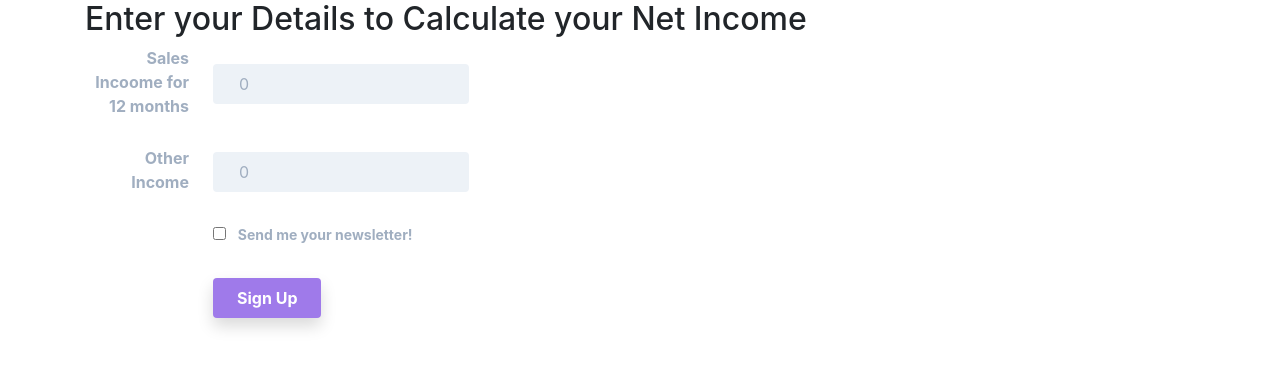
Repository: latenightsnacc/Financial-Forecast
Page: financial-forecast.html
These files come from the project's save history. The page is drawn as it stood at one moment and after the next save; the edit follows.
The browser window is 1280 px wide. The pictures show the whole page.

Above is the page before, as saved 2020-11-15 11:12:31.

### financial-forecast.html
<!DOCTYPE html>
<html lang="en">
<head>
    <meta charset="UTF-8">
    <meta name="viewport" content="width=device-width, initial-scale=1.0">
    <!--Tailwind CDN-->
    <link rel="stylesheet" href="https://cdnjs.cloudflare.com/ajax/libs/tailwindcss/1.9.6/base.min.css" integrity="sha512-hEjkvMSM0ql6VJcNK0gTmjt9ar8F2yHeBUbJKtyvQhkkbGMhiJ4+MaiB8XxsthLAHJx5vy2I9dN0un8HiWG2LA==" crossorigin="anonymous" />
    <link rel="stylesheet" href="https://cdnjs.cloudflare.com/ajax/libs/tailwindcss/1.9.6/components.min.css" integrity="sha512-TizAONqhvXjEfRPhptSUkZNVU497PzAnXNGNUoeOjeni4dHpJ+ak+ZsyoGna20LH/yg1PvdufN1VbnVQeVDftg==" crossorigin="anonymous" />
    <link rel="stylesheet" href="https://cdnjs.cloudflare.com/ajax/libs/tailwindcss/1.9.6/tailwind.css" integrity="sha512-HY1FOTeAX9idUBWDhVDrBg8QUHBisKVQ4BCVj1jFo5z76mk87w4Rr5YGP8nBkcGmoMzqYvdeXHMOg/olF45z3g==" crossorigin="anonymous" />
    <link rel="stylesheet" href="https://cdnjs.cloudflare.com/ajax/libs/tailwindcss/1.9.6/utilities.min.css" integrity="sha512-0QJfuLKyYJWGB5hKArJW67xqMLDlR8YaLM/ZuW2mRn4NRwHNsGm7UuREc5Fu7jONHyewPKnGODY0N8G+FQbfxg==" crossorigin="anonymous" />
    <!--Bootstrap CDN-->
    <link rel="stylesheet" href="https://cdn.jsdelivr.net/npm/bootstrap@4.5.3/dist/css/bootstrap.min.css" integrity="sha384-TX8t27EcRE3e/ihU7zmQxVncDAy5uIKz4rEkgIXeMed4M0jlfIDPvg6uqKI2xXr2" crossorigin="anonymous">
    <title>Financial Forecast |Resaads Consults - Think Millenial</title>
</head>
<body>
    <div class="container">
        <!--Navigation-->
    </div>
    <div class="wrapper">
        <div class="container">
            <h2 class="title">Enter your Details to Calculate your Net Income</h2>
        </div>
        <div class="container">
            <form class="w-full max-w-sm">
                <div class="md:flex md:items-center mb-6">
                  <div class="md:w-1/3">
                    <label class="block text-gray-500 font-bold md:text-right mb-1 md:mb-0 pr-4" for="inline-full-name" value="Jane Doe">
                      Sales Incoome for 12 months
                    </label>
                  </div>
                  <div class="md:w-2/3">
                    <input class="bg-gray-200 appearance-none border-2 border-gray-200 rounded w-full py-2 px-4 text-gray-700 leading-tight focus:outline-none focus:bg-white focus:border-purple-500" id="inline-full-name" type="text" placeholder="0">
                  </div>
                </div>
                <div class="md:flex md:items-center mb-6">
                  <div class="md:w-1/3">
                    <label class="block text-gray-500 font-bold md:text-right mb-1 md:mb-0 pr-4" for="inline-password">
                      Other Income
                    </label>
                  </div>
                  <div class="md:w-2/3">
                    <input class="bg-gray-200 appearance-none border-2 border-gray-200 rounded w-full py-2 px-4 text-gray-700 leading-tight focus:outline-none focus:bg-white focus:border-purple-500" id="inline-password" type="password" placeholder="0">
                  </div>
                </div>
                <div class="md:flex md:items-center mb-6">
                  <div class="md:w-1/3"></div>
                  <label class="md:w-2/3 block text-gray-500 font-bold">
                    <input class="mr-2 leading-tight" type="checkbox">
                    <span class="text-sm">
                      Send me your newsletter!
                    </span>
                  </label>
                </div>
                <div class="md:flex md:items-center">
                  <div class="md:w-1/3"></div>
                  <div class="md:w-2/3">
                    <button class="shadow bg-purple-500 hover:bg-purple-400 focus:shadow-outline focus:outline-none text-white font-bold py-2 px-4 rounded" type="button">
                      Sign Up
                    </button>
                  </div>
                </div>
              </form>
        </div>
    </div>
    <!--Bootstrap Scripts-->
    <script src="https://code.jquery.com/jquery-3.5.1.slim.min.js" integrity="sha384-DfXdz2htPH0lsSSs5nCTpuj/zy4C+OGpamoFVy38MVBnE+IbbVYUew+OrCXaRkfj" crossorigin="anonymous"></script>
    <script src="https://cdn.jsdelivr.net/npm/popper.js@1.16.1/dist/umd/popper.min.js" integrity="sha384-9/reFTGAW83EW2RDu2S0VKaIzap3H66lZH81PoYlFhbGU+6BZp6G7niu735Sk7lN" crossorigin="anonymous"></script>
    <script src="https://cdn.jsdelivr.net/npm/bootstrap@4.5.3/dist/js/bootstrap.min.js" integrity="sha384-w1Q4orYjBQndcko6MimVbzY0tgp4pWB4lZ7lr30WKz0vr/aWKhXdBNmNb5D92v7s" crossorigin="anonymous"></script>
</body>
</html>

After the next save:
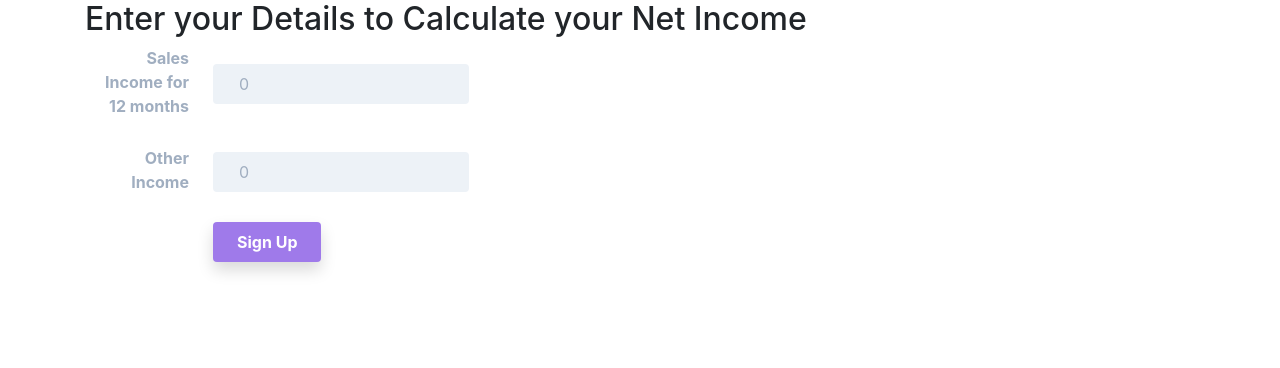
Saved 10 min 7 s later.
--- a/financial-forecast.html
+++ b/financial-forecast.html
@@ -24,8 +24,8 @@
             <form class="w-full max-w-sm">
                 <div class="md:flex md:items-center mb-6">
                   <div class="md:w-1/3">
-                    <label class="block text-gray-500 font-bold md:text-right mb-1 md:mb-0 pr-4" for="inline-full-name" value="Jane Doe">
-                      Sales Incoome for 12 months
+                    <label class="block text-gray-500 font-bold md:text-right mb-1 md:mb-0 pr-4" for="inline-full-name" placeholder="0">
+                      Sales Income for 12 months
                     </label>
                   </div>
                   <div class="md:w-2/3">
@@ -42,15 +42,7 @@
                     <input class="bg-gray-200 appearance-none border-2 border-gray-200 rounded w-full py-2 px-4 text-gray-700 leading-tight focus:outline-none focus:bg-white focus:border-purple-500" id="inline-password" type="password" placeholder="0">
                   </div>
                 </div>
-                <div class="md:flex md:items-center mb-6">
-                  <div class="md:w-1/3"></div>
-                  <label class="md:w-2/3 block text-gray-500 font-bold">
-                    <input class="mr-2 leading-tight" type="checkbox">
-                    <span class="text-sm">
-                      Send me your newsletter!
-                    </span>
-                  </label>
-                </div>
+
                 <div class="md:flex md:items-center">
                   <div class="md:w-1/3"></div>
                   <div class="md:w-2/3">
